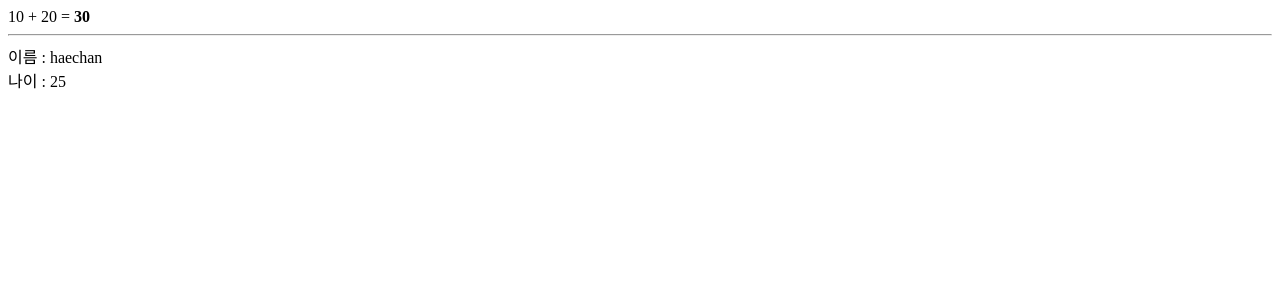
Repository: gangriver/JSP
Page: http://localhost/web-study-01/addtion02.jsp
These files come from the project's save history. The page is drawn as it stood at one moment and after the next save; the edit follows.
The browser window is 1280 px wide. The pictures show the whole page.
The page is served by Tomcat 9.

Above is the page before, as saved 2024-02-28 01:15:48.

After the next save:
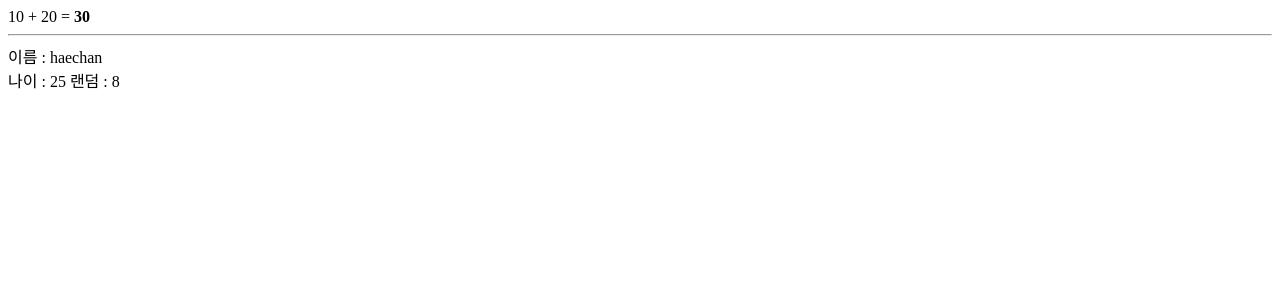
Saved 22 s later.
--- a/web-study-01/src/main/webapp/addtion02.jsp
+++ b/web-study-01/src/main/webapp/addtion02.jsp
@@ -26,5 +26,6 @@
 
 	이름 : <%= name %> <br>
 	나이 : <%= age %>
+	랜덤 : <%= ran %>
 </body>
 </html>
